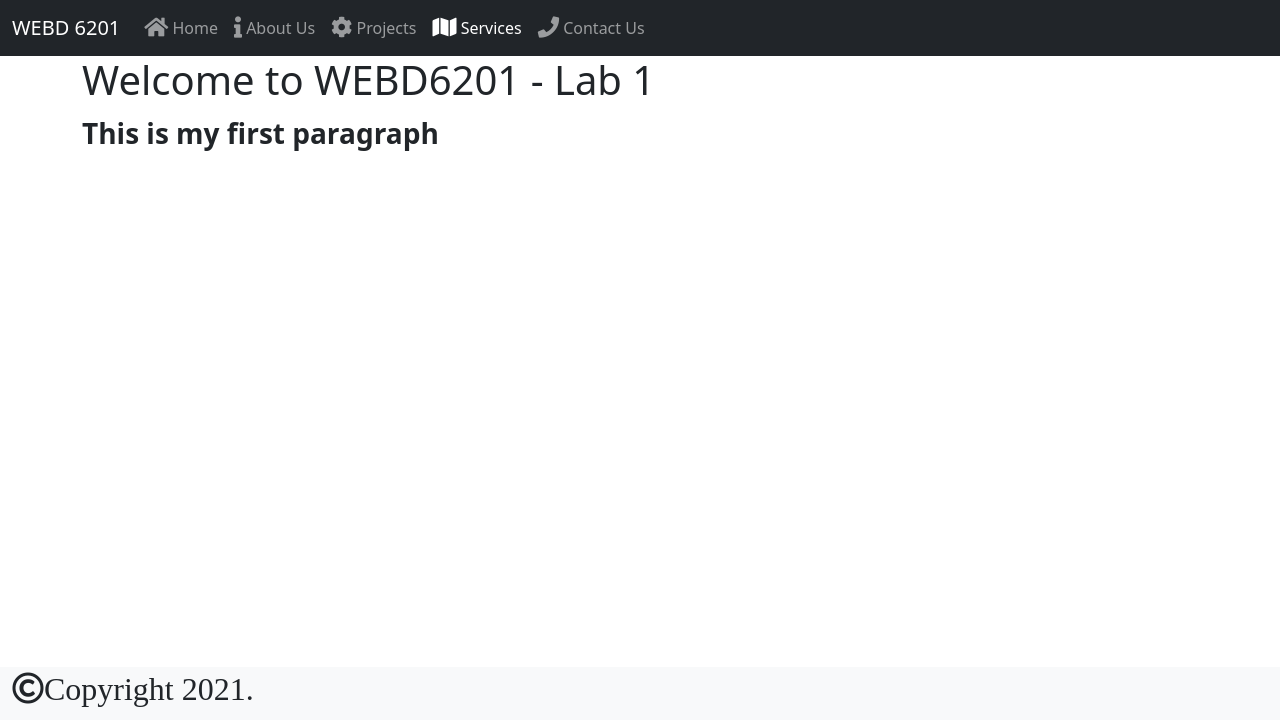
Repository: vans12345678/WEBD6201-W2021-Week3
Page: services.html
These files come from the project's save history. The page is drawn as it stood at one moment and after the next save; the edit follows.
The browser window is 1280 px wide. The pictures show the whole page.

Above is the page before, as saved 2021-01-21 08:50:55.

### services.html
<!DOCTYPE html>
<html lang="en">
<head>
    <meta charset="UTF-8">
    <meta name="viewport" content="width=device-width, initial-scale=1.0">
    <title>Services</title>

    <!-- CSS Section -->
    <link rel="stylesheet" href="./node_modules/bootstrap/dist/css/bootstrap.min.css">
    <link rel="stylesheet" href="./node_modules/@fortawesome/fontawesome-free/css/all.min.css">
    <link rel="stylesheet" href="./Content/app.css">
</head>
<body>
  <!-- Main Header -->
    <header>
      <!-- Main Navigation -->
        <nav class="navbar navbar-expand-lg navbar-dark bg-dark">
            <div class="container-fluid">
              <a class="navbar-brand" href="index.html">WEBD 6201</a>
              <button class="navbar-toggler" type="button" data-bs-toggle="collapse" data-bs-target="#navbarSupportedContent" aria-controls="navbarSupportedContent" aria-expanded="false" aria-label="Toggle navigation">
                <span class="navbar-toggler-icon"></span>
              </button>
              <div class="collapse navbar-collapse" id="navbarSupportedContent">
                <ul class="navbar-nav me-auto mb-2 mb-lg-0">
                  <li class="nav-item">
                    <a class="nav-link" aria-current="page" href="index.html"><i class="fas fa-home fa-lg"></i> Home</a>
                  </li>

                  <li class="nav-item">
                    <a class="nav-link" aria-current="page" href="about.html"><i class="fas fa-info fa-lg"></i> About Us</a>
                  </li>

                  <li class="nav-item">
                    <a class="nav-link" aria-current="page" href="projects.html"><i class="fas fa-cog fa-lg"></i> Projects</a>
                  </li>

                  <li class="nav-item">
                    <a class="nav-link active" aria-current="page" href="services.html"><i class="fas fa-map fa-lg"></i> Services</a>
                  </li>

                  <li class="nav-item">
                    <a class="nav-link" aria-current="page" href="contact.html"><i class="fas fa-phone fa-lg"></i> Contact Us</a>
                  </li>
                </ul>
              </div>
            </div>
          </nav>
    </header>
  <!-- Main Contents -->
    <main class="container">
        <h1>Welcome to WEBD 6201</h1>
        <p id="paragraphOne"></p>
    </main>
    <!-- Main Footer -->
    <footer>
        <nav class="navbar fixed-bottom navbar-light bg-light">
            <div class="container-fluid">
                <h4><i class="far fa-copyright fa-lg">Copyright 2021.</i></h4>
            </div>
          </nav>
    </footer>
    <!-- Script Section -->
    <script src="./node_modules/jquery/dist/jquery.min.js"></script>
    <script src="./node_modules/bootstrap/dist/js/bootstrap.bundle.min.js"></script>
    <script src="./Scripts/app.js"></script>
</body>
</html>

### Scripts/app.js
/* Custom JavaScript goes here */

//IIFE - Immediately Invoked Function Expression
//AKA - Anonymous Self-Executing Function
//Closure - limits scope leak

"use strict";

(function(){

    function Start()
    {
        console.log("App Started...");

        let paragraphOneText = "This is a simple site to demonstrate DOM Manipulation for ICE 1";
        let paragraphOneElement = document.getElementById("paragraphOne");

        paragraphOneElement.textContent = paragraphOneText;
        //paragraphOneElement.style = "color: blue; font-weight: bold;";
        paragraphOneElement.className = "fs-5 fw-bold text-center";

        //Step 1. document.createElement
        let newParagraph = document.createElement("p");
        //Step 2. Configure the element
        newParagraph.setAttribute("id", "paragraphTwo");
        newParagraph.textContent = "... And this is paragraph two";
        //Step 3. Select parent element
        let mainContent = document.getElementsByTagName("main")[0];
        //Step 4. Add / Insert the element
        mainContent.appendChild(newParagraph);

        newParagraph.className = "fs-6";

        //Another way of injecting content`
        let paragraphDiv = document.createElement('div');
        let paragraphThree =  `<p id = "paragraphThree" class = "fs-7 fw-bold">...And this is the Third paragraph</p>`;
        paragraphDiv.innerHTML = paragraphThree;
        // mainContent.innerHTML = paragraphThree;
        // console.log(paragraphOneElement);

        //insertion before node
        //newParagraph.before(paragraphDiv);

        //insertion after node
        newParagraph.after(paragraphDiv);

        //deletions
        //example of removing a single element
        //paragraphOneElement.remove();

        //example of removeChild
        mainContent.removeChild(paragraphOneElement);

        //update / modification
        //mainContent.firstElementChild.textContent = "Welcome home";

        mainContent.innerHTML =
        `<h1 id = "firstHeading">Welcome to WEBD6201 - Lab 1</h1>
        <p id = "paragraphOne" class = "fs-3 fw-bold">This is my first paragraph</p>
        `;


    }

    window.addEventListener("load", Start);

})();

Loaded but not shown: node_modules/bootstrap/dist/css/bootstrap.min.css (library); node_modules/@fortawesome/fontawesome-free/css/all.min.css (library); Content/app.css (common file); node_modules/jquery/dist/jquery.min.js (library); node_modules/bootstrap/dist/js/bootstrap.bundle.min.js (library)

After the next save:
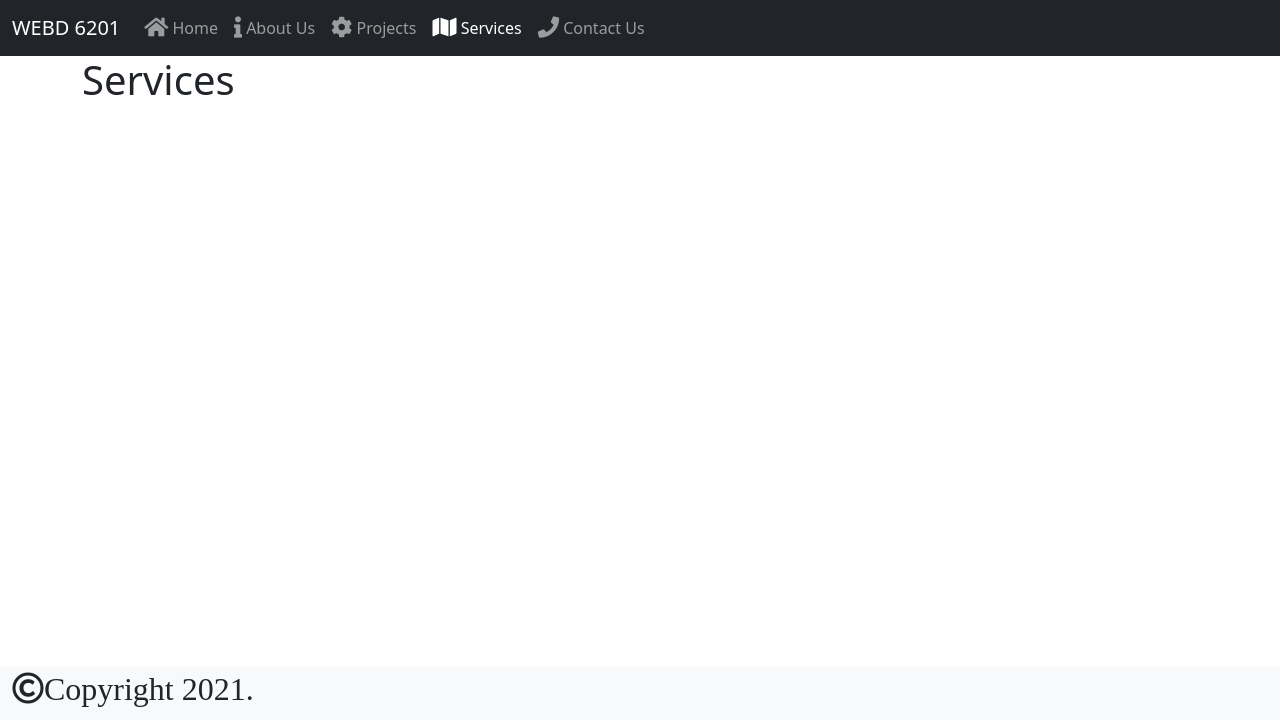
Console error: TypeError: Cannot set properties of null (setting 'textContent')
Saved 10 s later.
--- a/services.html
+++ b/services.html
@@ -48,8 +48,7 @@
     </header>
   <!-- Main Contents -->
     <main class="container">
-        <h1>Welcome to WEBD 6201</h1>
-        <p id="paragraphOne"></p>
+        <h1>Services</h1>
     </main>
     <!-- Main Footer -->
     <footer>
